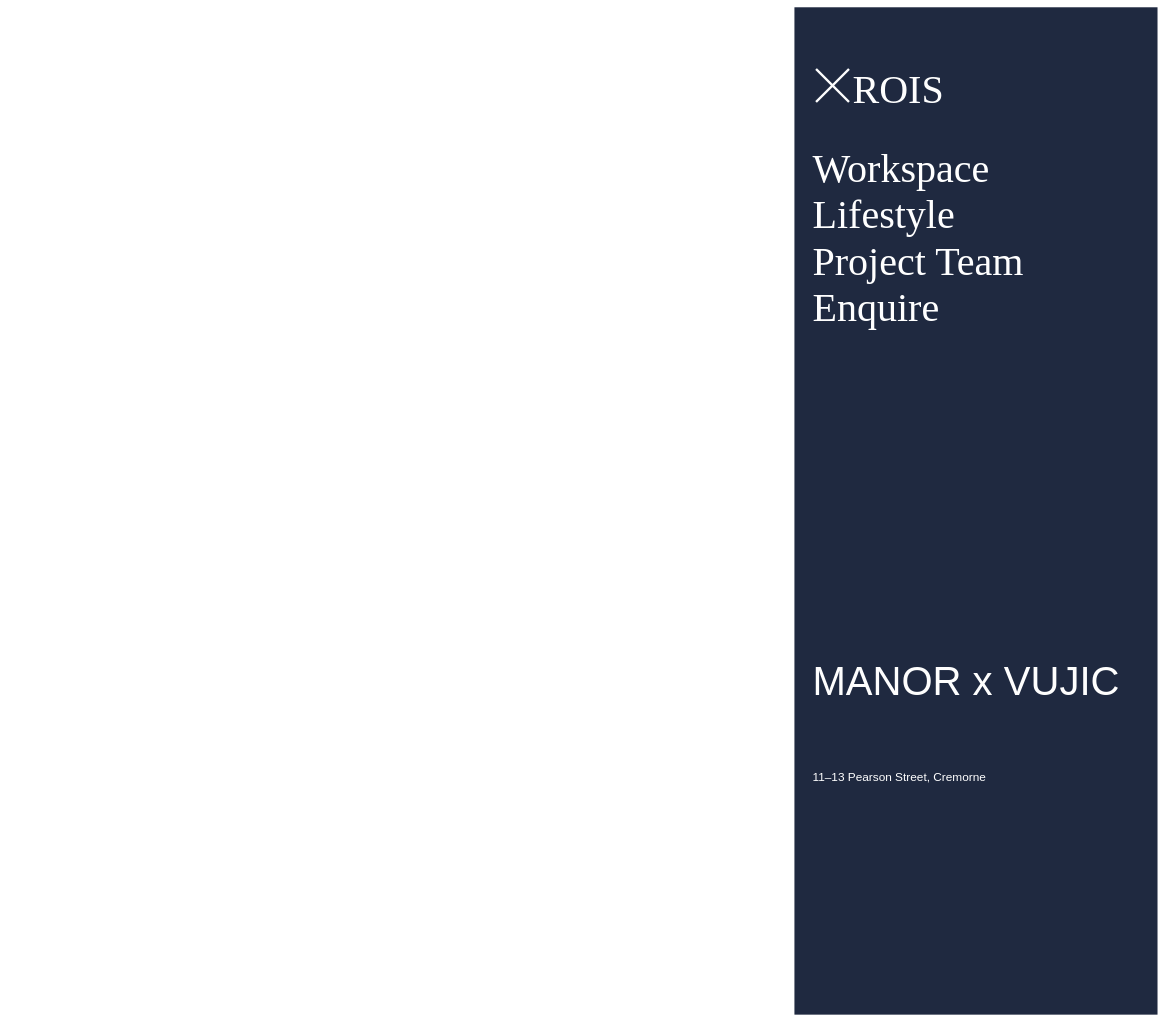
Repository: ThanhMai6507/Rois-Landing-Page
Page: index.html
An editor plug-in stored every save of this project. The page is shown before and after the next save, followed by the edit.
The browser window is 1280 px wide. The pictures show the whole page, at 91% of full size.

Above is the page before, as saved 2022-10-31 11:09:39.

After the next save:
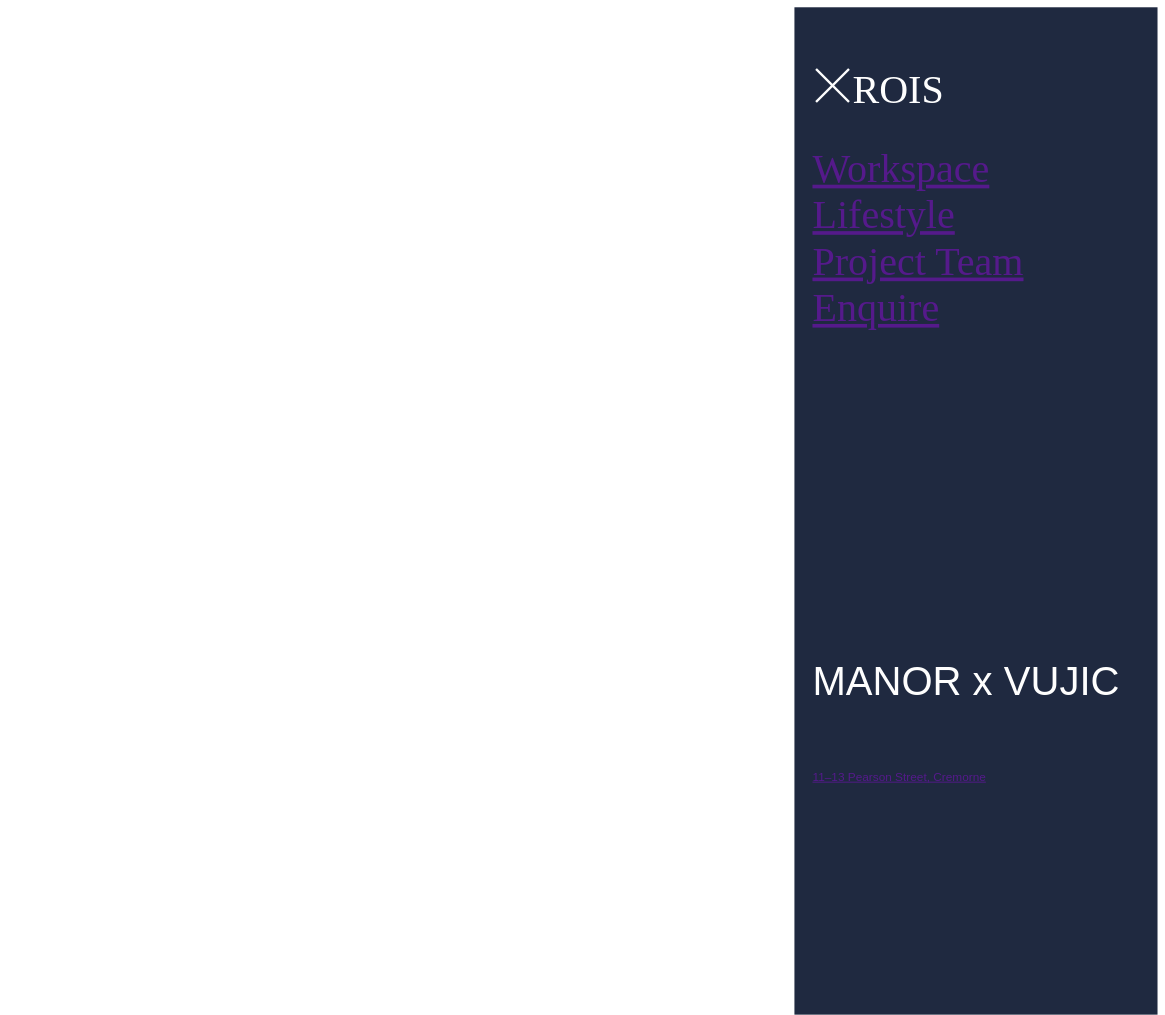
Saved 4 s later.
--- a/style.css
+++ b/style.css
@@ -19,6 +19,8 @@
     font-size: 44px;
 }
 
+menu-
+
 a {
     text-decoration: none;
     color: #fff;

After the save that followed:
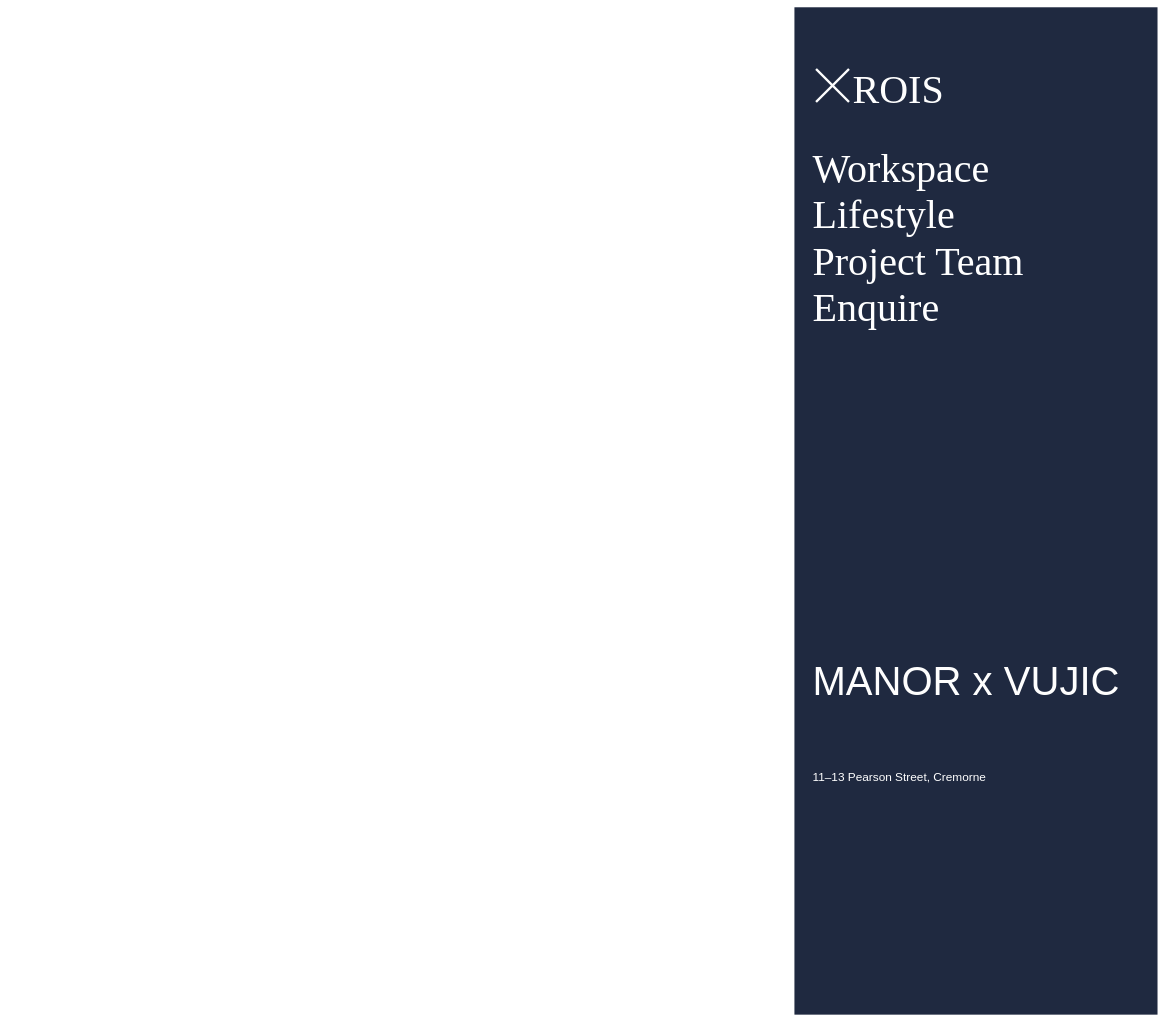
Saved 4 s later.
--- a/style.css
+++ b/style.css
@@ -19,7 +19,9 @@
     font-size: 44px;
 }
 
-menu-
+menu-list {
+    line-height: 1.5;
+}
 
 a {
     text-decoration: none;
